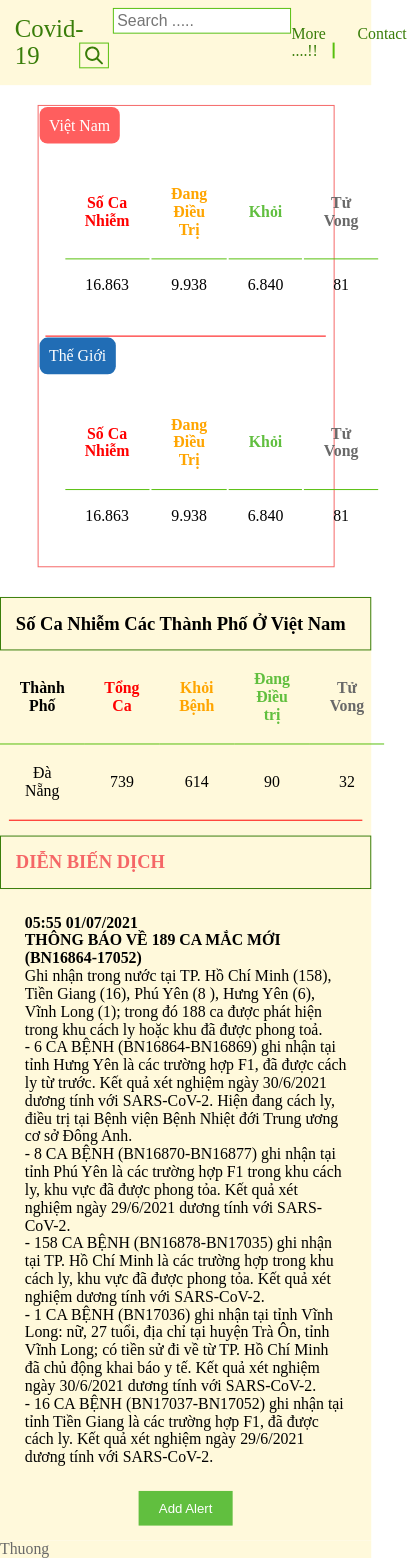
Repository: thuongton98/Covid
Page: html-css-js/index.html
An editor plug-in stored every save of this project. The page is shown before and after the next save, followed by the edit.
The browser window is 375 px wide. The page is 411 px wide, then 409 px, so the pictures cover 411 px, including what lies to the right of the window. The pictures show the whole page, at 99% of full size.

Above is the page before, as saved 2021-07-01 11:43:24.

### html-css-js/index.html
<!DOCTYPE html>
<html lang="en">
<head>
    <meta charset="UTF-8">
    <meta http-equiv="X-UA-Compatible" content="IE=edge">
    <meta name="viewport" content="width=device-width, initial-scale=1.0">

    <link rel="stylesheet" href="./styles.css">
    <script src="https://cdn.ckeditor.com/4.16.1/standard/ckeditor.js"></script>
    <title>Covid-19</title>
</head>
<body>
    <nav>
        <div class="icon">
            <div class="icon-i">Covid-19</div>
            <div class="icon-search">
                <input type="text" placeholder="Search .....">
                <svg fill="#000000" xmlns="http://www.w3.org/2000/svg"  viewBox="0 0 48 48" width="48px" height="48px"><path d="M 20.5 6 C 12.515556 6 6 12.515562 6 20.5 C 6 28.484438 12.515556 35 20.5 35 C 23.773158 35 26.788919 33.893018 29.220703 32.050781 L 38.585938 41.414062 A 2.0002 2.0002 0 1 0 41.414062 38.585938 L 32.050781 29.220703 C 33.893017 26.788918 35 23.773156 35 20.5 C 35 12.515562 28.484444 6 20.5 6 z M 20.5 10 C 26.322685 10 31 14.677319 31 20.5 C 31 23.295711 29.914065 25.820601 28.148438 27.697266 A 2.0002 2.0002 0 0 0 27.701172 28.144531 C 25.824103 29.912403 23.29771 31 20.5 31 C 14.677315 31 10 26.322681 10 20.5 C 10 14.677319 14.677315 10 20.5 10 z"/></svg>
            </div>

        </div>
        <ul class="nav-i">
            <li>More ....!!</li>
            <li>Contact</li>
        </ul>
    </nav>
    <section class="case">
        <div>
            <span>Việt Nam</span>
            <table>

                <tr>
                    <th>Số Ca Nhiễm</th>
                    <th>Đang Điều Trị</th>
                    <th>Khỏi</th>
                    <th>Tử Vong</th>
                </tr>
                <tr>
                    <td>16.863</td>
                    <td>9.938</td>
                    <td>6.840</td>
                    <td>81</td>
                </tr>

            </table>
           <div class="line"></div>
            <span class="word">Thế Giới</span>
            <table>
                <tr>
                    <th>Số Ca Nhiễm</th>
                    <th>Đang Điều Trị</th>
                    <th>Khỏi</th>
                    <th>Tử Vong</th>
                </tr>
                <tr>
                    <td>16.863</td>
                    <td>9.938</td>
                    <td>6.840</td>
                    <td>81</td>
                </tr>
            </table>
            </table>
        </div>
    </section>
    <section class="all-case">
        <h3>Số Ca Nhiễm Các Thành Phố Ở Việt Nam</h3>
        <div>
            <table>
                <tr>
                    <th>Thành Phố</th>
                    <th>Tổng Ca</th>
                    <th>Khỏi Bệnh</th>
                    <th>Đang Điều trị</th>
                    <th>Tử Vong</th>
                </tr>
                <tr>
                    <td>Đà Nẵng</td>
                    <td>739</td>
                    <td>614</td>
                    <td>90</td>
                    <td>32</td>
                </tr>
            </table>
        </div>
        <div class="line"></div>
    </section>
    <section class="alert">
        <h3>DIỄN BIẾN DỊCH</h3>
        <div>
            <h4>05:55 01/07/2021</h4>
            <h4>THÔNG BÁO VỀ 189 CA MẮC MỚI  (BN16864-17052)</h4>
            <p>Ghi nhận trong nước tại TP. Hồ Chí Minh (158), Tiền Giang (16), Phú Yên (8 ), Hưng Yên (6), Vĩnh Long (1); trong đó 188 ca được phát hiện trong khu cách ly hoặc khu đã được phong toả.</p>
            <p>- 6 CA BỆNH (BN16864-BN16869) ghi nhận tại tỉnh Hưng Yên là các trường hợp F1, đã được cách ly từ trước. Kết quả xét nghiệm ngày 30/6/2021 dương tính với SARS-CoV-2. Hiện đang cách ly, điều trị tại Bệnh viện Bệnh Nhiệt đới Trung ương cơ sở Đông Anh.</p>
            <p>- 8 CA BỆNH (BN16870-BN16877) ghi nhận tại tỉnh Phú Yên là các trường hợp F1 trong khu cách ly, khu vực đã được phong tỏa. Kết quả xét nghiệm ngày 29/6/2021 dương tính với SARS-CoV-2.</p>
            <p>- 158 CA BỆNH (BN16878-BN17035) ghi nhận tại TP. Hồ Chí Minh là các trường hợp trong khu cách ly, khu vực đã được phong tỏa. Kết quả xét nghiệm dương tính với SARS-CoV-2.            </p>
            <p>- 1 CA BỆNH (BN17036) ghi nhận tại tỉnh Vĩnh Long: nữ, 27 tuổi, địa chỉ tại huyện Trà Ôn, tỉnh Vĩnh Long; có tiền sử đi về từ TP. Hồ Chí Minh đã chủ động khai báo y tế. Kết quả xét nghiệm ngày 30/6/2021 dương tính với SARS-CoV-2.</p>
            <p>- 16 CA BỆNH (BN17037-BN17052) ghi nhận tại tỉnh Tiền Giang là các trường hợp F1, đã được cách ly. Kết quả xét nghiệm ngày 29/6/2021 dương tính với SARS-CoV-2.</p>
        </div>
       <button>Add Alert</button>
    </section>
    <footer>
        <a href="/">Thuong</a>
    </footer>
</body>

</html>

### html-css-js/styles.css

*{
    padding: 0;
    margin: 0;
    box-sizing: border-box;
}



nav{
    background-color: #fff9db;
    display: flex;
    justify-content: space-between;
    padding:15px
}


nav .icon{
    display: flex;
}

nav .nav-i{
    display: flex;
}

nav .nav-i li{
    list-style: none;
    padding-right: 15px;
    padding-top:10px;
    color:#397d09;
    cursor: pointer;

}

nav .nav-i li:hover{
    color:#57bf0d;
}

nav .nav-i li:last-child{
    padding-right:0;
}

nav .nav-i li:after{
    content: '';
    border: 1px solid #57bf0d;
    margin-left:15px;
    font-size: 12px;
    position: relative;
    top:-2px;
}

nav .nav-i li:last-child::after{
    display: none;
}

nav .icon .icon-i{
    font-size: 35px;
    color: #397d09;
    cursor: pointer;
}

nav .icon .icon-search{
    margin-left:30px;
    position: relative;
   top:-5px;
}


nav .icon .icon-search input{
   padding: 5px;
   width: 350px;
   outline: none;
   border: none;
   font-size: 17px;
   border:1px solid #57bf0d;


}

nav .icon .icon-search svg{
    fill: #397d09;
    cursor: pointer;
    width: 30px;
    height: 32px;
    position: relative;
    border: 1px solid #57bf0d;
    position: relative;
    left: -34px;
    top:11px;
}

nav .icon .icon-search svg:hover{

    fill:#57bf0d
}

.case{
    padding-left: 10%;
    padding-right: 10%;
    padding-top:20px;
}

.case div{
    border: 1px solid #f56767;

}
.case .line, .all-case .line{
    border-top: 1px solid red;
    border-bottom: none;
    width: 95%;
    margin: 0 auto;
}
.case div table{
   padding: 25px;
   padding-top:40px;
    width: 100%;
}

.case div table td{
    text-align: center;
    padding:15px;
}

.case div table th:nth-child(1),.all-case table th:nth-child(2){
    color: red;
}

.case div table th:nth-child(2),.all-case table th:nth-child(3){
    color: orange;
}

.case div table th:nth-child(3),.all-case table th:nth-child(4){
    color: #61bf3f;
}

.case div table th:nth-child(4),.all-case table th:nth-child(5){
    color: #696969;
}

.case div span{
    background-color: #ff5e5e;
    padding:10px;
    position: relative;
    top:11px;
    left:1px;
    border-radius: 8px;
    color: #fff;
}

.case div .word{
    background-color: #216db5;

}

.all-case,.alert{
    background-color: #fff9db;
   padding-bottom:15px;
}
.all-case h3{
    border:1px solid #397d09;
    margin:0;
    padding:15px;
    margin-top:30px;

}
.all-case table{
    margin: 0 auto;
    width: 70%;
    border-collapse: collapse;
}
.all-case table td{
    text-align: center;
    padding:20px;
}

.all-case table tr,th{
    padding:20px;
  border-bottom: 1px solid #57bf0d;
}

.all-case table tr:last-child{
    border-bottom:none
}

.alert h3{
    border:1px solid #397d09;
    margin:0;
    padding:15px;
    color: #f56767;
}
.alert div{
    padding: 25px;
}

.alert button{
    border:none;
    padding:10px 20px;
    cursor: pointer;
    background-color: #61bf3f;
    color: #fff;
    margin: 0 auto;
    display: block;
}

footer{


    background-color: #fff9db;

}

footer a{

    text-decoration: none;
    color:#696969;
}

@media screen and (max-width:750px) {
    nav .icon .icon-search input{
        width:200px
    }
    nav .icon .icon-i{
        font-size: 25px;

    }

    nav .icon .icon-search svg{

        width: 30px;
        height: 26px;
        top:9px;

    }
    nav .icon .icon-search{

       top:-7px;
    }
}

@media screen and (max-width:550px) {
    nav .icon .icon-search input{
        padding: 3px;
        width: 180px;

        font-size: 16px;

    }

    nav .icon .icon-search svg{

        width: 30px;
        height: 26px;
        top:9px;

    }
    nav .icon .icon-search{

       top:-7px;
    }
}

After the next save:
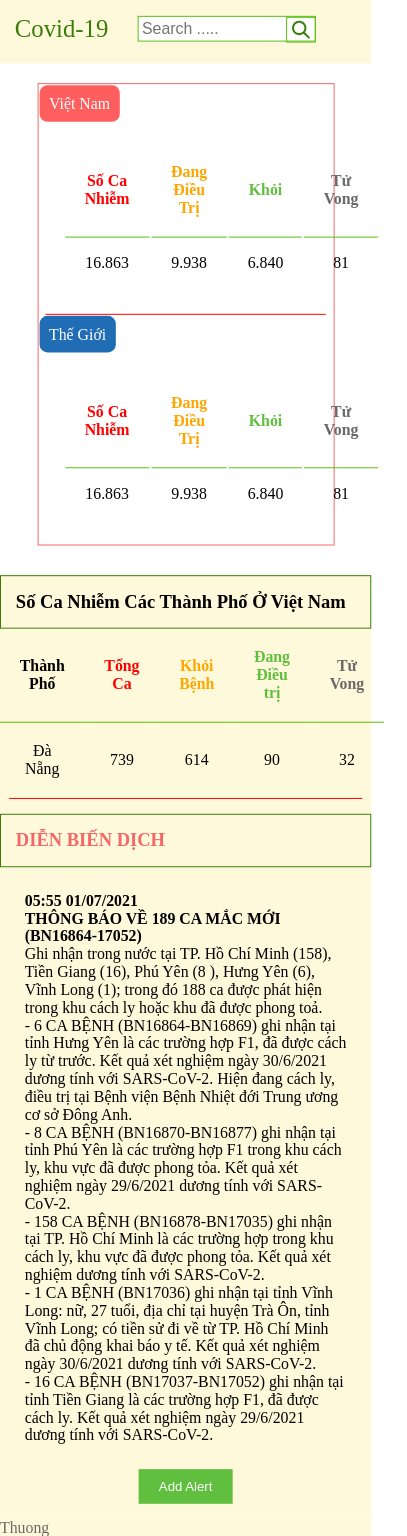
Saved 71 s later.
--- a/html-css-js/styles.css
+++ b/html-css-js/styles.css
@@ -257,4 +257,7 @@ footer a{
 
        top:-7px;
     }
-}
+    nav .nav-i{
+        display:none;
+    }
+}
